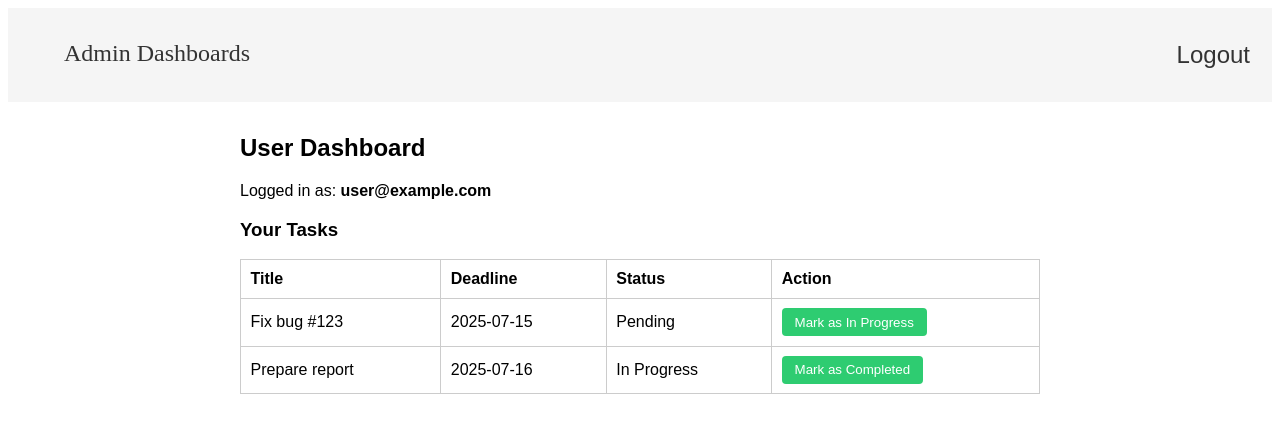
Repository: Edmund-Kiama/todoPHP
Page: /user (app in task-manager-frontend/)
The author's editor kept a copy of each file at every save. The page is drawn from the files as they stood at one save, then again after the next save.
The browser window is 1280 px wide. The pictures show the whole page.
The project was rebuilt for these pictures with package versions that can differ from the ones it lists, and the page was loaded fresh each time. Also part of the build but not shown: task-manager-frontend/vite.config.js, task-manager-frontend/src/components/Login/login.css, task-manager-frontend/src/components/Login/Login.vue, task-manager-frontend/src/components/Admin/admin.css, task-manager-frontend/src/components/Admin/AdminDashboard.vue.

Above is the page before, as saved 2025-07-12 21:08:48.

### task-manager-frontend/src/App.vue
<script setup>
  import Navbar from './components/Navbar/Navbar.vue';
  import { store } from './store';
</script>

<template>
  <Navbar />
  <router-view />
</template>

### task-manager-frontend/src/router/index.js
import { createRouter, createWebHistory } from 'vue-router';
import Login from '../components/Login/Login.vue';
import AdminDashboard from '../components/Admin/AdminDashboard.vue';
import UserDashboard from '../components/User/UserDashboard.vue';

const routes = [
  { path: '/', name: 'Login', component: Login },
  { path: '/admin', name: 'AdminDashboard', component: AdminDashboard },
  { path: '/user', name: 'UserDashboard', component: UserDashboard }
];

const router = createRouter({
  history: createWebHistory(),
  routes
});

export default router;

### task-manager-frontend/src/components/Navbar/Navbar.vue

<template>
  <nav v-if="store.user.loggedIn" class="navbar">
    <ul>
      <li v-if="user.role === 'admin'"><a href="/admin">Admin Dashboards</a></li>
      <li v-if="user.role === 'user'"><a href="/user">User Dashboard</a></li>
      <li><button @click="logout">Logout</button></li>
    </ul>
  </nav>
</template>

<script setup>
  import "./nav.css"
  import { store } from '../../store'
  import { useRouter } from 'vue-router'

  const router = useRouter()

  const user = store.user
  if (!user.loggedIn) router.push('/')

  function logout() {
    store.user.role = null
    store.user.loggedIn = false
    localStorage.removeItem('token')
    router.push('/login')
  }
</script>

### task-manager-frontend/src/store.js
import { reactive } from 'vue'

export const store = reactive({
  user: {
    role: "admin",
    loggedIn: true,
    username: null
  },
})

### task-manager-frontend/src/components/User/UserDashboard.vue
<!-- src/views/UserDashboard.vue -->
<template>
    <div class="user-dashboard">
      <h2>User Dashboard</h2>
      <p>Logged in as: <strong>{{ currentUser }}</strong></p>

      <section>
        <h3>Your Tasks</h3>
        <table v-if="userTasks.length">
          <thead>
            <tr>
              <th>Title</th><th>Deadline</th><th>Status</th><th>Action</th>
            </tr>
          </thead>
          <tbody>
            <tr v-for="(task, index) in userTasks" :key="index">
              <td>{{ task.title }}</td>
              <td>{{ task.deadline }}</td>
              <td>{{ task.status }}</td>
              <td>
                <button
                  v-if="task.status !== 'Completed'"
                  @click="advanceStatus(index)"
                >
                  Mark as {{ nextStatus(task.status) }}
                </button>
              </td>
            </tr>
          </tbody>
        </table>

        <p v-else>No tasks assigned to you.</p>
      </section>
    </div>
  </template>

  <script setup>
  import './user.css'
  import { ref, computed } from 'vue';

  // Mocked logged-in user
  const currentUser = 'user@example.com';

  // Mocked task list — in a real app, fetch from backend
  const allTasks = ref([
    { title: 'Fix bug #123', user: 'user@example.com', deadline: '2025-07-15', status: 'Pending' },
    { title: 'Prepare report', user: 'user@example.com', deadline: '2025-07-16', status: 'In Progress' },
    { title: 'Update Docs', user: 'bob@example.com', deadline: '2025-07-17', status: 'Pending' }
  ]);

  const userTasks = computed(() =>
    allTasks.value.filter(task => task.user === currentUser)
  );

  function nextStatus(status) {
    if (status === 'Pending') return 'In Progress';
    if (status === 'In Progress') return 'Completed';
    return '';
  }

  function advanceStatus(index) {
    const task = userTasks.value[index];
    if (task.status === 'Pending') {
      task.status = 'In Progress';
    } else if (task.status === 'In Progress') {
      task.status = 'Completed';
    }
  }
</script>

### task-manager-frontend/src/components/Navbar/nav.css
.navbar {
    background: #f5f5f5;
    padding: 1rem;
}
.navbar ul {
    display: flex;
    justify-content: space-between;
    gap: 1rem;
    list-style: none;
}
.navbar a, .navbar button {
    text-decoration: none;
    background: none;
    border: none;
    color: #333;
    font-size: x-large;
    cursor: pointer;
}

### task-manager-frontend/src/components/User/user.css
.user-dashboard {
    max-width: 800px;
    margin: 2rem auto;
    font-family: Arial, sans-serif;
}

.user-dashboard table {
    width: 100%;
    border-collapse: collapse;
    margin-top: 1rem;
}

.user-dashboard th, td {
    padding: 0.6rem;
    border: 1px solid #ccc;
    text-align: left;
}

.user-dashboard button {
    padding: 0.4rem 0.8rem;
    background: #2ecc71;
    color: white;
    border: none;
    border-radius: 4px;
    cursor: pointer;
}

.user-dashboard button:hover {
    background: #27ae60;
}

Loaded but not shown: task-manager-frontend/index.html (common file); task-manager-frontend/src/main.js (common file)

After the next save:
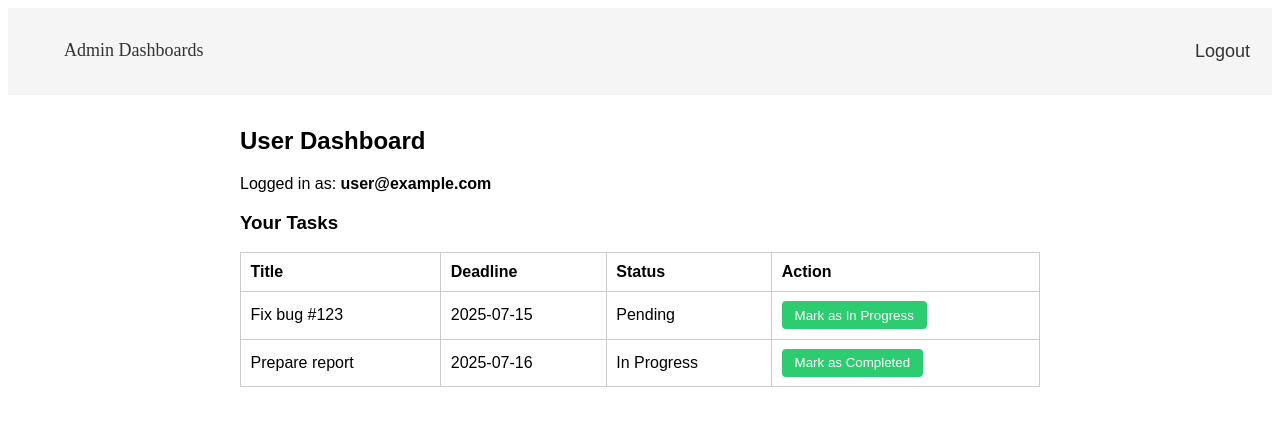
Saved 4 s later.
--- a/task-manager-frontend/src/components/Navbar/nav.css
+++ b/task-manager-frontend/src/components/Navbar/nav.css
@@ -13,6 +13,6 @@
     background: none;
     border: none;
     color: #333;
-    font-size: x-large;
+    font-size: large;
     cursor: pointer;
 }
